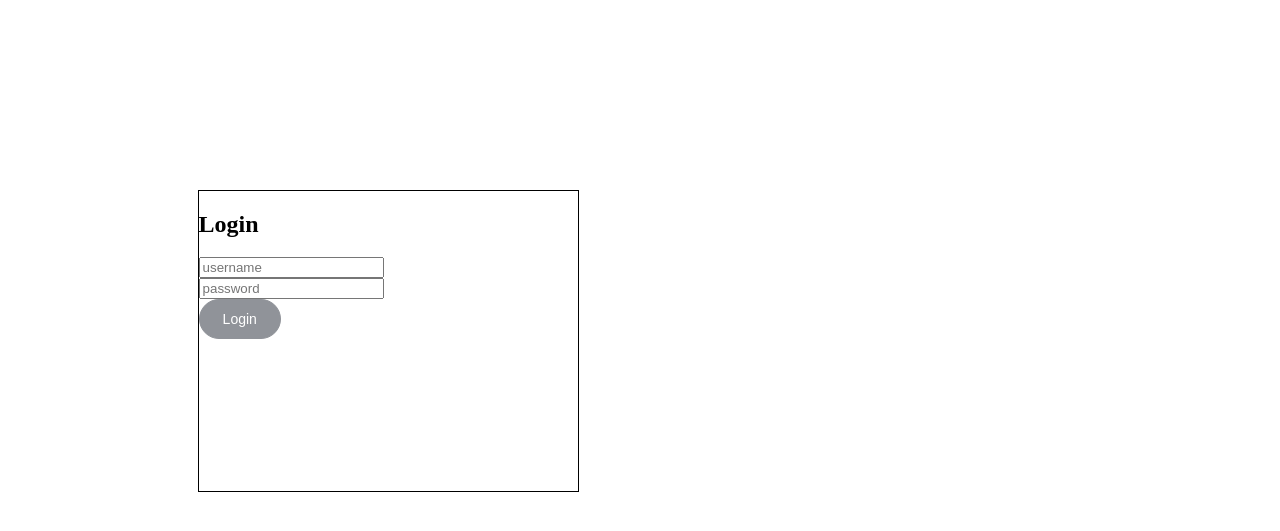
Repository: 951713487/net_shopping
Page: /
These files come from the project's save history. The page is drawn as it stood at one moment and after the next save; the edit follows.
The browser window is 1280 px wide. The pictures show the whole page.
The project was rebuilt for these pictures with package versions that can differ from the ones it lists, and the page was loaded fresh each time.

Above is the page before, as saved 2020-03-17 14:28:10.

### src/App.vue
<template>
  <div id="app">
  <router-view></router-view>
  </div>
</template>

<script>


export default {
  name: 'app'

}
</script>

<style>

</style>

### src/router/index.js
import Vue from 'vue'
import VueRouter from 'vue-router'
import Login from '../components/Login.vue'


Vue.use(VueRouter)



const router = new VueRouter({
  routes:[
    { path: '/' , redirect: '/login' },
    { path: '/login' , component: Login }
  ]
})

export default router

### src/plugins/element.js
import Vue from 'vue'
import { Button, Input } from 'element-ui'

Vue.use(Button)
Vue.use(Input)

### src/components/Login.vue
<template>
  <div id="login_box">
    <h2>Login</h2>
    <div>
      <input placeholder="username" prefix-icon="el-icon-search" v-model="input1" type="text" />
    </div>
    <div>
      <input placeholder="password" prefix-icon="el-icon-search" v-model="input2" type="password" />
    </div>
    <el-button type="info" round>Login</el-button>
  </div>
</template>

<script>
export default {};
</script>

<style lang="less" scoped>
#login_box {
    width:30%;
    height:300px;
    border:1px solid #000;
    margin: 0 auto;
    margin: 15%;
}


</style>

Loaded but not shown: public/index.html (common file); src/main.js (common file)

After the next save:
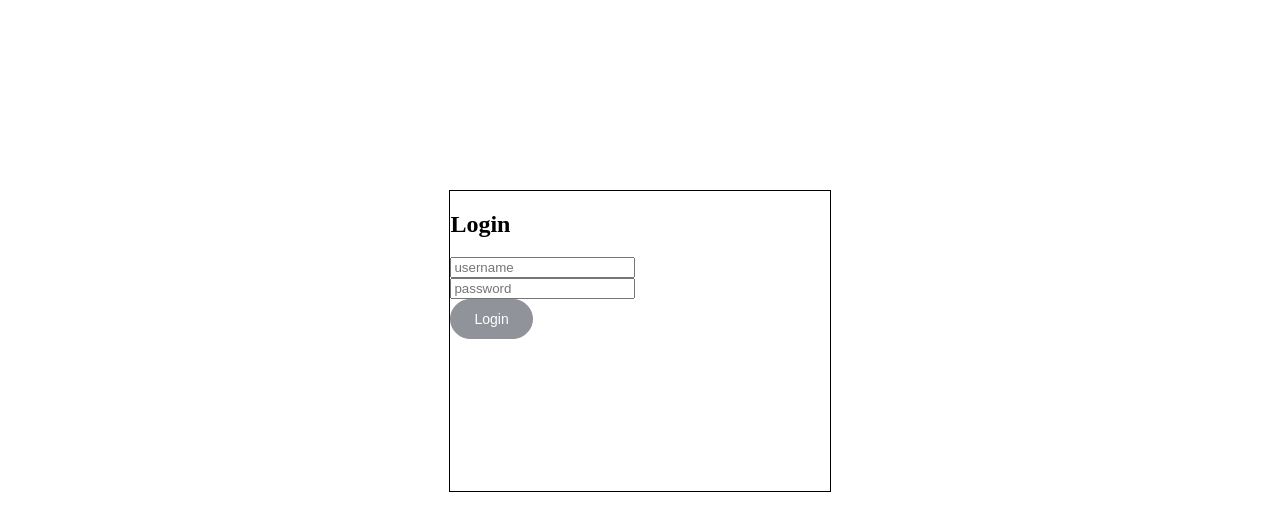
Saved 11 s later.
--- a/src/components/Login.vue
+++ b/src/components/Login.vue
@@ -21,7 +21,7 @@ export default {};
     height:300px;
     border:1px solid #000;
     margin: 0 auto;
-    margin: 15%;
+    margin-top: 15%;
 }
 
 
